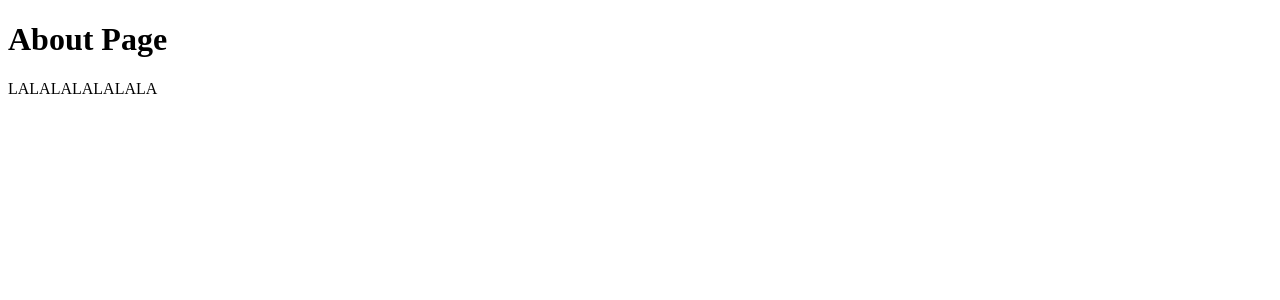
Repository: j0vesday/git_test
Page: root/odin-links-and-images/about.html
The author's editor kept a copy of each file at every save. The page is drawn from the files as they stood at one save, then again after the next save.
The browser window is 1280 px wide. The pictures show the whole page.

Above is the page before, as saved 2024-09-25 02:49:23.

### root/odin-links-and-images/about.html
<!DOCTYPE html>
<html lang="en">
  <head>
    <meta charset="UTF-8">
    <title>Odin Links and Images</title>
  </head>

  <body>
    <h1>About Page</h1>
    <p>LALALALALALALA</p>
  </body>
</html>

After the next save:
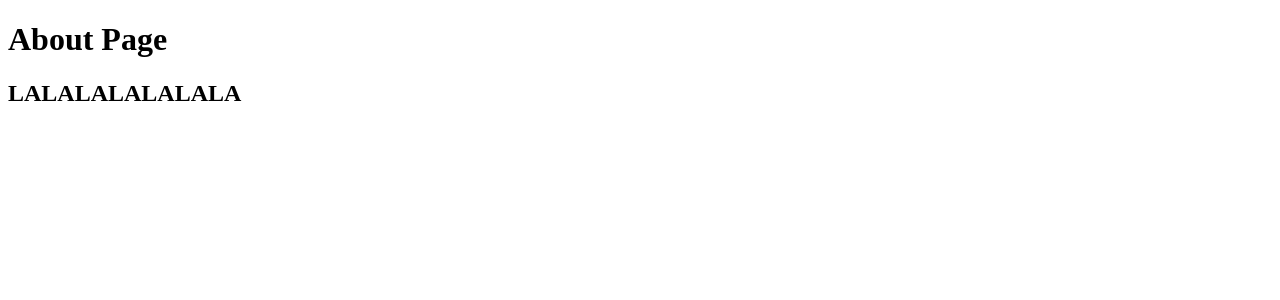
Saved 84 s later.
--- a/root/odin-links-and-images/about.html
+++ b/root/odin-links-and-images/about.html
@@ -7,6 +7,6 @@
 
   <body>
     <h1>About Page</h1>
-    <p>LALALALALALALA</p>
+    <h2>LALALALALALALA</h2>
   </body>
 </html>
